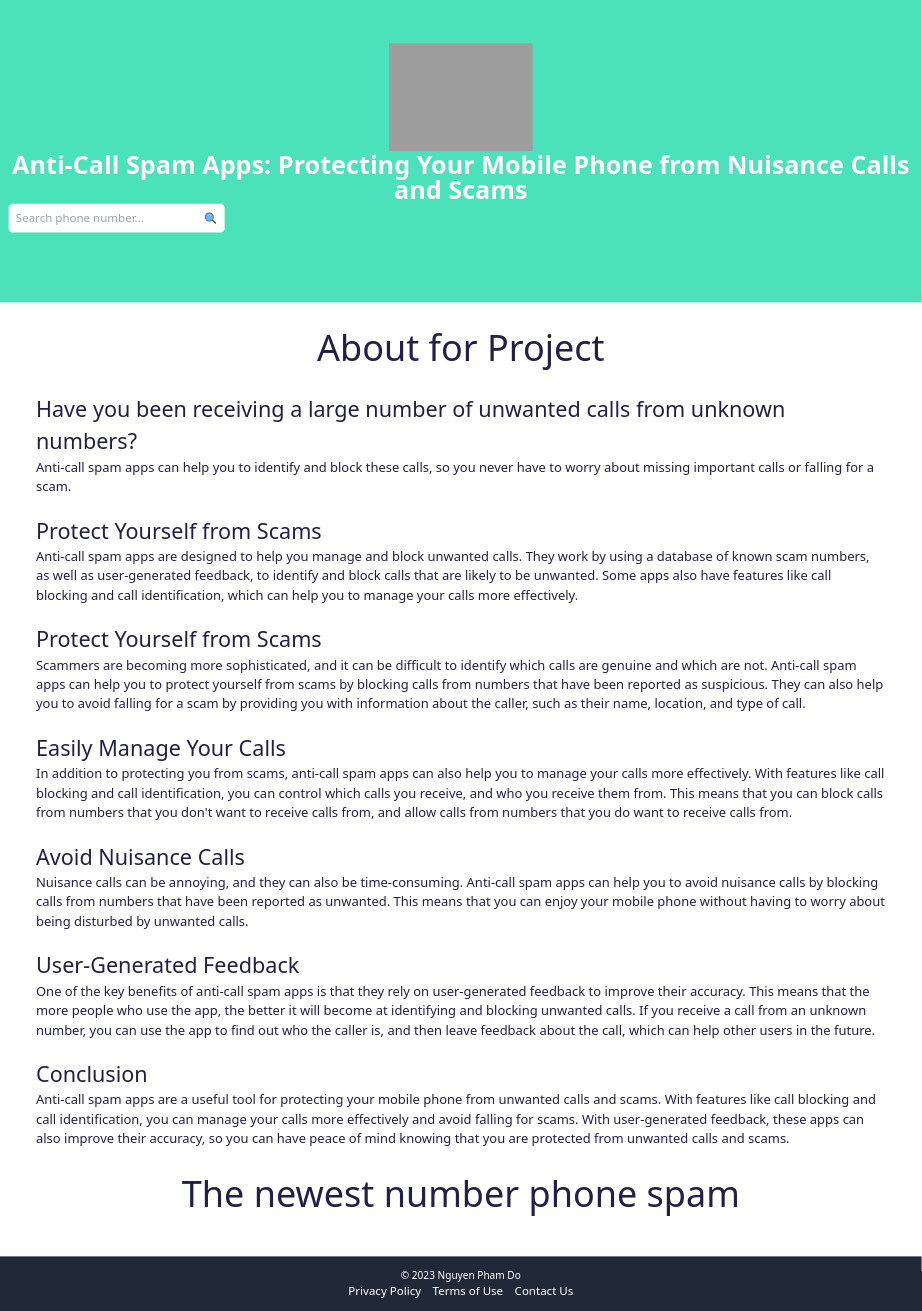
Repository: NPham1402/Web-user-callSpamBlocker
Page: /
The author's editor kept a copy of each file at every save. The page is drawn from the files as they stood at one save, then again after the next save.
The browser window is 1280 px wide. The pictures show the whole page, at 72% of full size.
Pictures or frames that could not be fetched are drawn as grey boxes. The page's requests for data from a server got no answer. The project was rebuilt for these pictures with package versions that can differ from the ones it lists, and the page was loaded fresh each time. The framework's server and built-in components were replaced by stand-ins that run in the browser. No one was signed in, and anything a server would have sent is missing. Also part of the build but not shown: next.config.js, styles/Home.module.css, pages/detail.js, pages/components/numberPhone.js.

Above is the page before, as saved 2023-02-09 21:05:13.

After the next save:
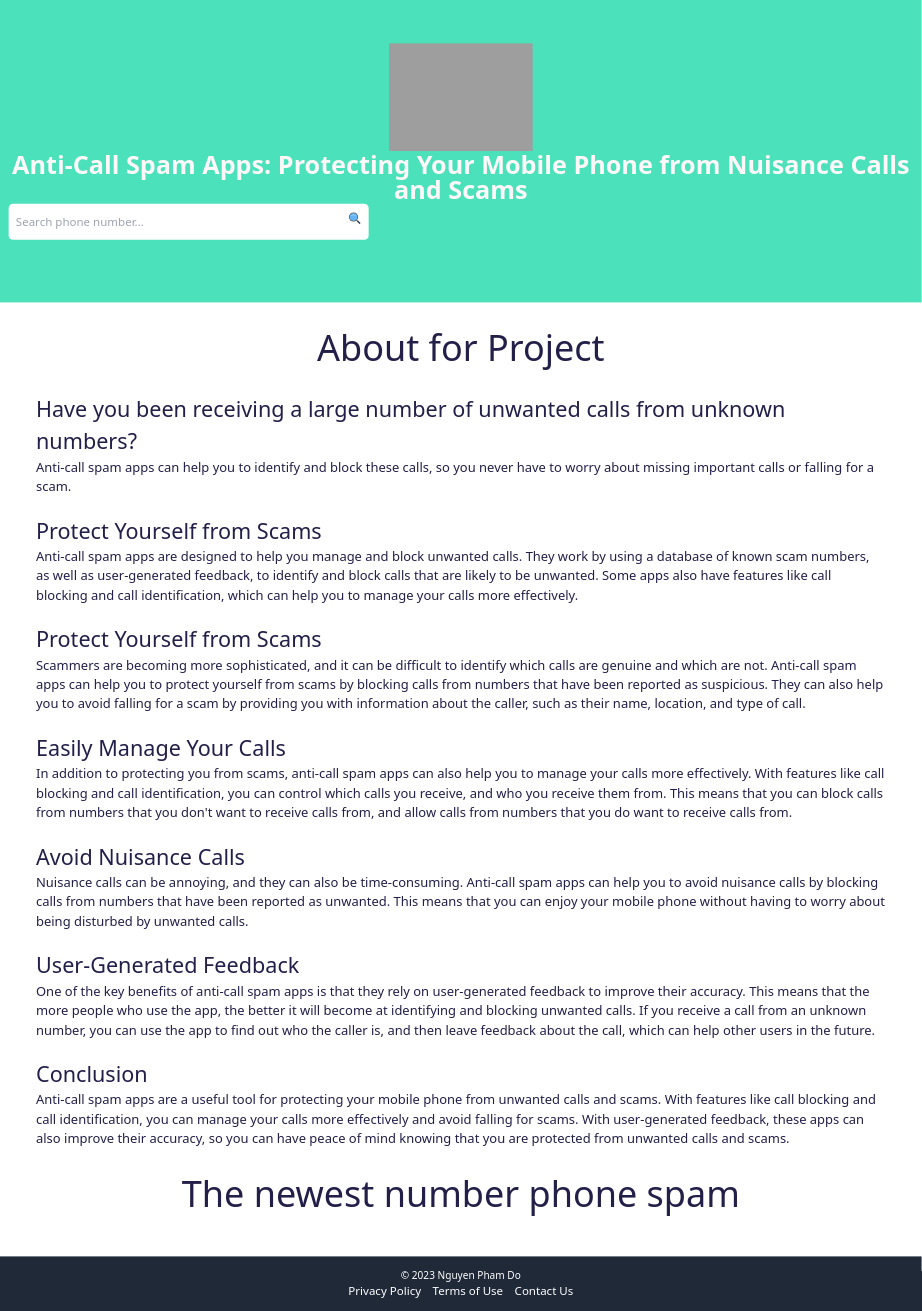
Saved 37 s later.
--- a/pages/index.js
+++ b/pages/index.js
@@ -37,7 +37,7 @@ export default function Home() {
             Anti-Call Spam Apps: Protecting Your Mobile Phone from Nuisance
             Calls and Scams
           </p>
-          <div className="flex flex-row p-[10px] rounded-[6px]  w-[300px] h-[40px] ml-[12px] mt-[3px] bg-white">
+          <div className="flex flex-row p-[10px] rounded-[6px]  w-[500px] h-[50px] ml-[12px] mt-[3px] bg-white">
             <input
               className="w-full h-full "
               placeholder="Search phone number..."
